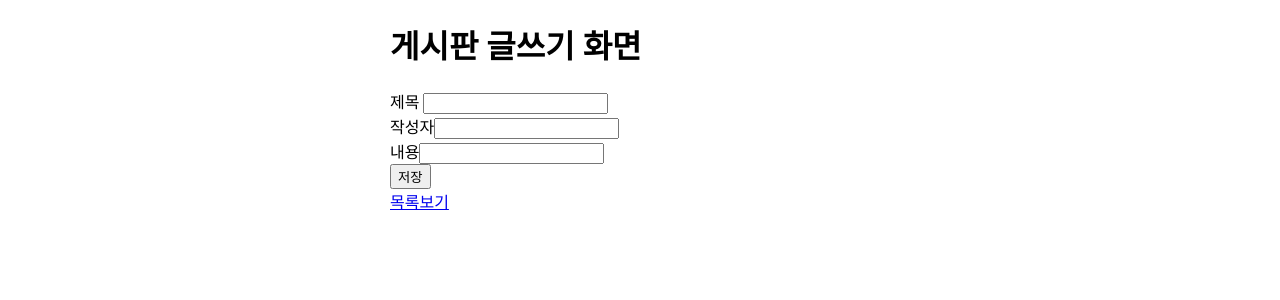
Repository: saysang22/servlet
Page: http://localhost/bbs/write.jsp
An editor plug-in stored every save of this project. The page is shown before and after the next save, followed by the edit.
The browser window is 1280 px wide. The pictures show the whole page.
The page is served by Tomcat 10. Other server files are loaded and not shown.

Above is the page before, as saved 2024-06-05 01:41:17.

### bbs/src/main/webapp/write.jsp
<%@ page language="java" contentType="text/html; charset=UTF-8"
    pageEncoding="UTF-8"%>
<!DOCTYPE html>
<html>
<head>
<meta charset="UTF-8">
<title>글쓰기</title>
<style>
	.wrap {
		width: 500px;
		margin: 0 auto;
	}
</style>
</head>
<body>
	<div class="wrap">
		<h1>게시판 글쓰기 화면</h1>
		<form action="write.do" method="post">
			<div>
				<label>제목</label>
				<input type="text" name="title">
			</div>
			<div>
				작성자<input type="text" name="author">
			</div>
			<div>
				내용<input type="text" name="content">
			</div>
			<input type="submit" value="저장">
		</form>
		<a href="list.do" class="btn">목록보기</a>
	</div>
</body>
</html>

After the next save:
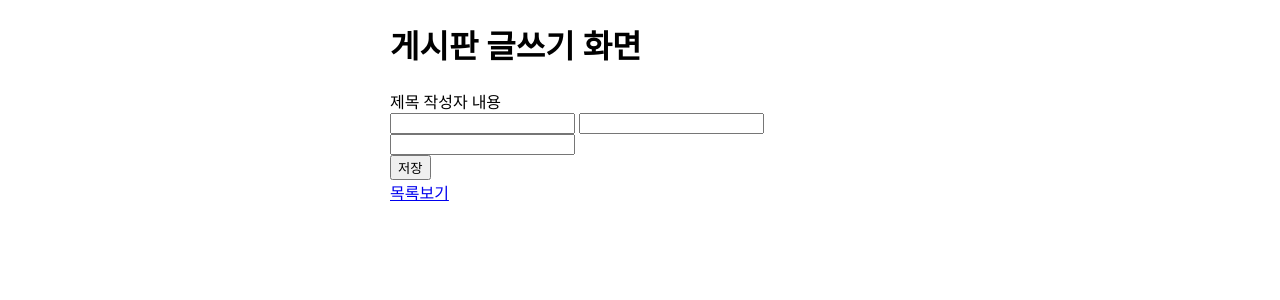
Saved 92 s later.
--- a/bbs/src/main/webapp/write.jsp
+++ b/bbs/src/main/webapp/write.jsp
@@ -18,13 +18,14 @@
 		<form action="write.do" method="post">
 			<div>
 				<label>제목</label>
-				<input type="text" name="title">
+				<label>작성자</label>
+				<label>내용</label>
+
 			</div>
 			<div>
-				작성자<input type="text" name="author">
-			</div>
-			<div>
-				내용<input type="text" name="content">
+				<input type="text" name="title">
+				<input type="text" name="author">
+				<input type="text" name="content">
 			</div>
 			<input type="submit" value="저장">
 		</form>
